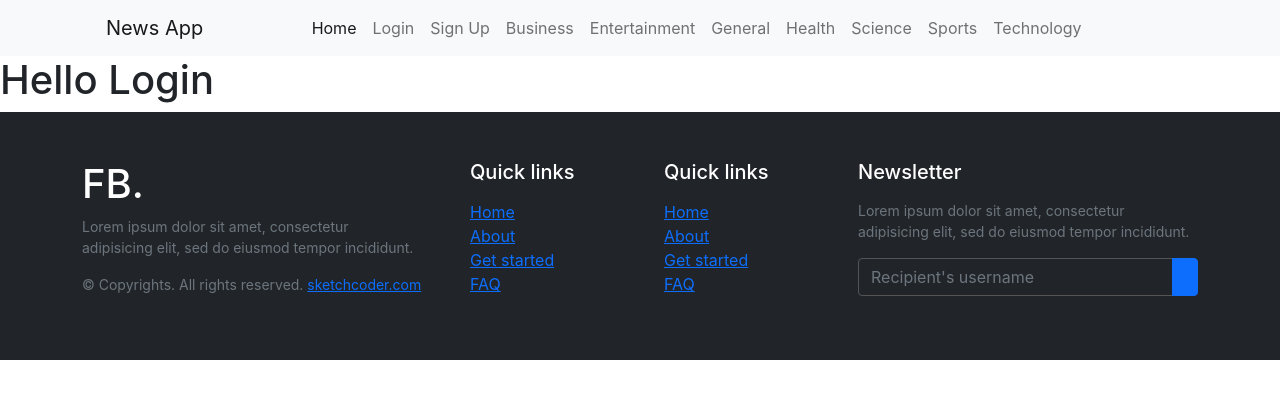
Repository: ZainAkbar51214/News-Site
Page: /login
These files come from the project's save history. The page is drawn as it stood at one moment and after the next save; the edit follows.
The browser window is 1280 px wide. The pictures show the whole page.
The project was rebuilt for these pictures with package versions that can differ from the ones it lists, and the page was loaded fresh each time. A package was used in the major version that the imports need, not the one package.json lists. Also part of the build but not shown: src/App.css, src/Components/Layouts/NewsItem.js, src/Components/Spinner.jsx, src/Components/Layouts/News.js, src/Components/pages/Home.jsx, src/Components/pages/SignUp.jsx.

Above is the page before, as saved 2023-12-18 02:45:46.

After the next save:
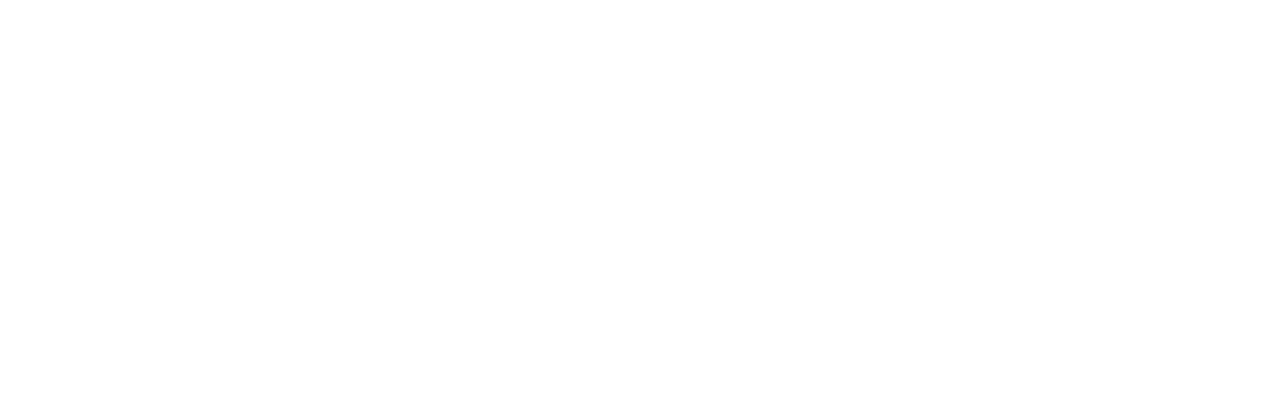
Saved 4 min 16 s later.
--- a/src/App.js
+++ b/src/App.js
@@ -12,7 +12,7 @@
 
 function App() {
   return (
-    <BrowserRouter>
+    <BrowserRouter basename="/app">
       <Navbar />
         <Routes>
           <Route path="/" element={<Home />}></Route>

After the 2 saves that followed:
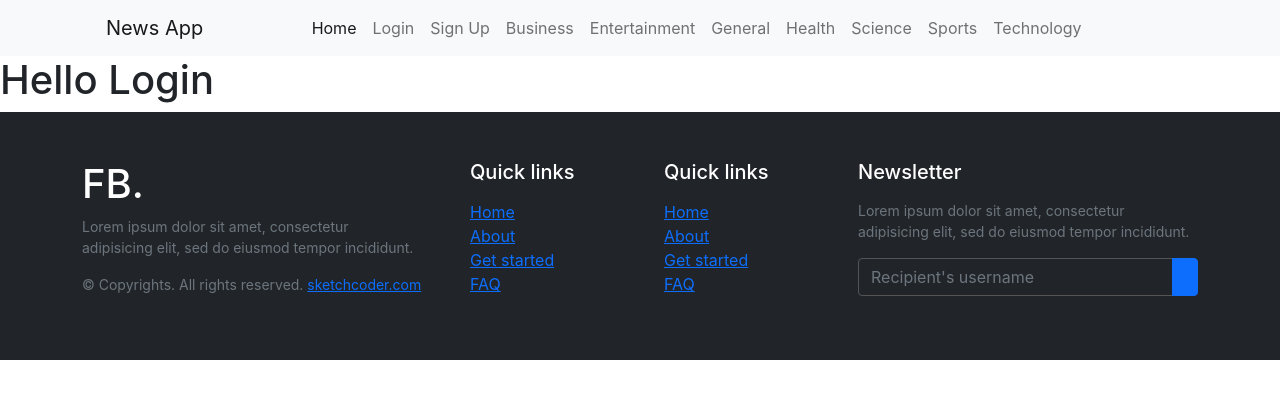
The 2 saves are shown as one change because they came seconds apart.
The last was saved 18 s later.
--- a/src/App.js
+++ b/src/App.js
@@ -12,7 +12,7 @@
 
 function App() {
   return (
-    <BrowserRouter basename="/app">
+    <BrowserRouter>
       <Navbar />
         <Routes>
           <Route path="/" element={<Home />}></Route>
